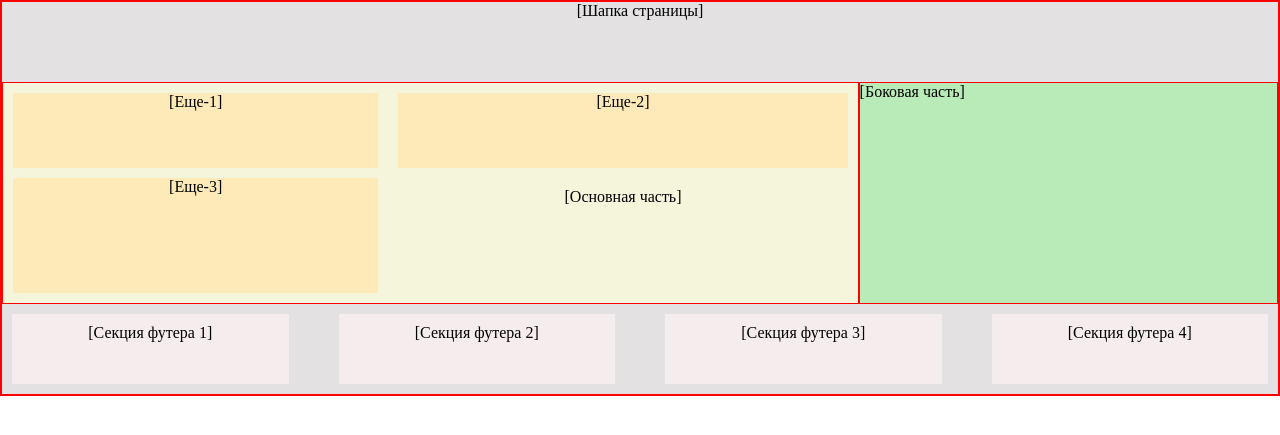
Repository: IrinaGetmanenko/week6
Page: grid.html
An editor plug-in stored every save of this project. The page is shown before and after the next save, followed by the edit.
The browser window is 1280 px wide. The pictures show the whole page.

Above is the page before, as saved 2022-10-22 21:00:35.

### grid.html
<!DOCTYPE html>
<html lang="en">
<head>
    <meta charset="UTF-8">
    <meta http-equiv="X-UA-Compatible" content="IE=edge">
    <meta name="viewport" content="width=device-width, initial-scale=1.0">
    <title>Document</title>
    <link rel="stylesheet" href="assets\normalize.css">
</head>

<style>

.site{
  border: 2px solid red;
  display: grid;
  grid-template-areas:"header header header "
                       "inner inner  aside"
                       "inner inner aside"
                       "inner inner aside"
                       "footer footer footer"

}

.header {
  background-color: rgb(227, 225, 225);
  grid-area: header;
  text-align: center;
  height: 80px;
}

.inner{
  border: 1px solid red;
  display: grid;
  grid-area: inner;


  background-color: beige;
  gap: 10px 20px;
  text-align: center;
  padding: 10px;
  height: 200px;

}

.main{
  grid-area: main;
padding: 10px 10px 30px;

 }

.block{
  background-color: rgb(254, 234,185);
  text-align: inherit;
}


.block left
{
  grid-area: left;

}

.block right
{
  grid-area:right;

}
.block bottom
{
  grid-area:bottom;

}


.aside {
  border: 1px solid red;
  grid-area: aside;
  background-color: rgb(185, 235, 185);

}

.footer {
grid-area: footer;
display: grid;
background-color: rgb(227, 225, 225);
grid-template-columns: 1fr 1fr 1fr 1fr;
height: 70px;
padding: 10px;
gap: 50px;
}

.section-1  {

background-color: hwb(0 93% 4%);
padding: 10px;
text-align: center;
}

.section-2  {
  background-color: hwb(0 93% 4%);
  padding: 10px;
  text-align: center;
}

.section-3  {
  background-color: hwb(0 93% 4%);
  padding: 10px;
  text-align: center;
}

.section-4  {
  background-color: hwb(0 93% 4%);
  padding: 10px;
  text-align: center;
}

</style>
<body>

  <site class=" site">

<header class="header">[Шапка страницы]</header>


<div class="inner">
  <inner class="main">
    <span>[Основная часть]</span>
  </inner>
<div class="block left">
  <span>[Еще-1]</span>
  </div>
  <inner class="block right">
    <span>[Еще-2]</span>
  </inner>
    <inner class="block bottom">
      <span>[Еще-3]</span>
    </inner>
</div>

<aside class="aside">[Боковая часть]</aside>


<footer class="footer">
  <footer class="section-1">
    <span>[Секция футера 1]</span>
  </footer>
  <footer class="section-2">
    <span>[Секция футера 2]</span>
  </footer>
  <footer class="section-3">
    <span>[Секция футера 3]</span>
</footer>
    <footer class="section-4">
      <span>[Секция футера 4]</span>
  </footer>


</footer>

</site>



</body>
</html>

Loaded but not shown: assets/normalize.css (library)

After the next save:
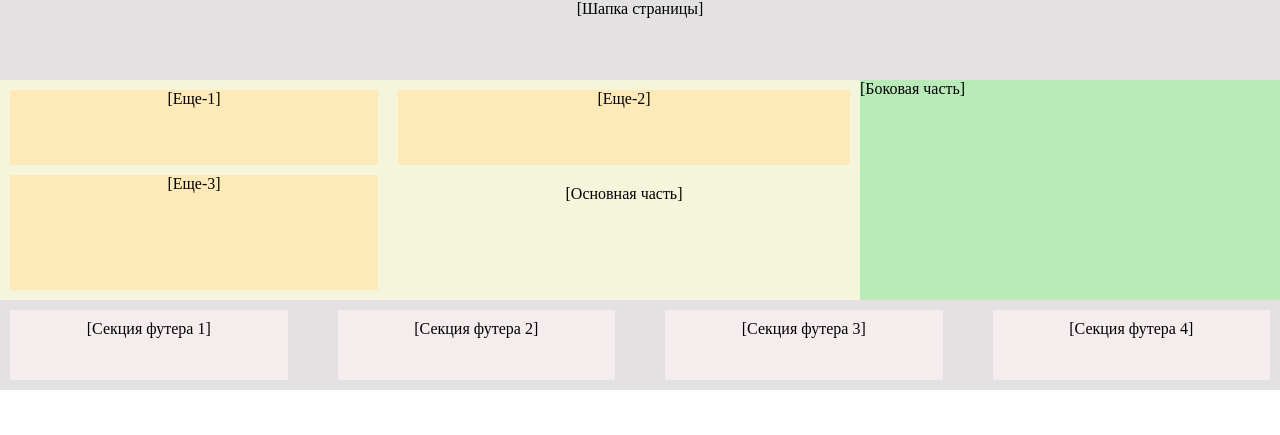
Saved 46 h 22 min later.
--- a/grid.html
+++ b/grid.html
@@ -11,7 +11,6 @@
 <style>
 
 .site{
-  border: 2px solid red;
   display: grid;
   grid-template-areas:"header header header "
                        "inner inner  aside"
@@ -29,7 +28,6 @@
 }
 
 .inner{
-  border: 1px solid red;
   display: grid;
   grid-area: inner;
 
@@ -73,7 +71,6 @@ padding: 10px 10px 30px;
 
 
 .aside {
-  border: 1px solid red;
   grid-area: aside;
   background-color: rgb(185, 235, 185);
 
